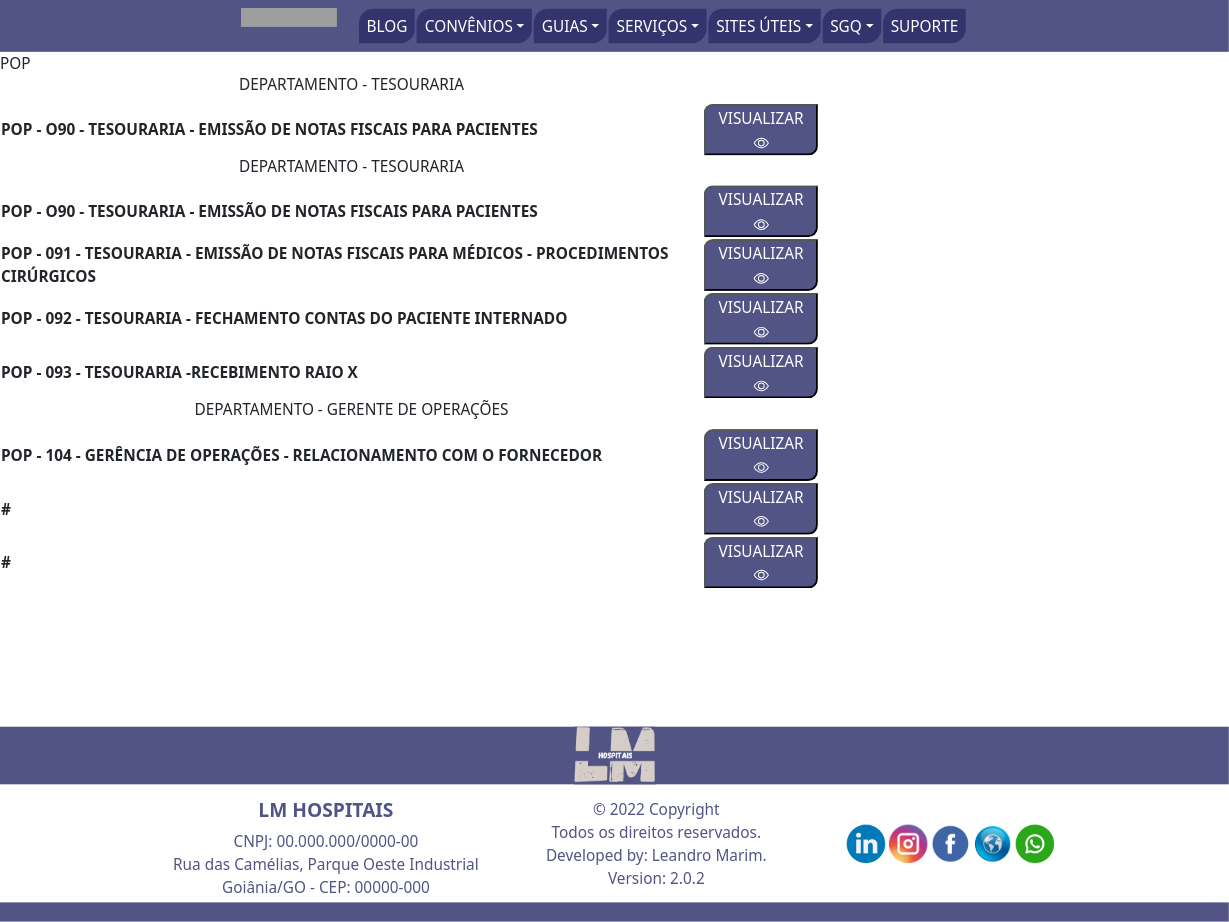
Repository: Leandromarim/INTRANET_PARTICULAR
Page: pop.html
These files come from the project's save history. The page is drawn as it stood at one moment and after the next save; the edit follows.
The browser window is 1280 px wide. The pictures show the whole page, at 96% of full size.
Pictures or frames that could not be fetched are drawn as grey boxes.

Above is the page before, as saved 2022-02-04 13:17:24.

After the next save:
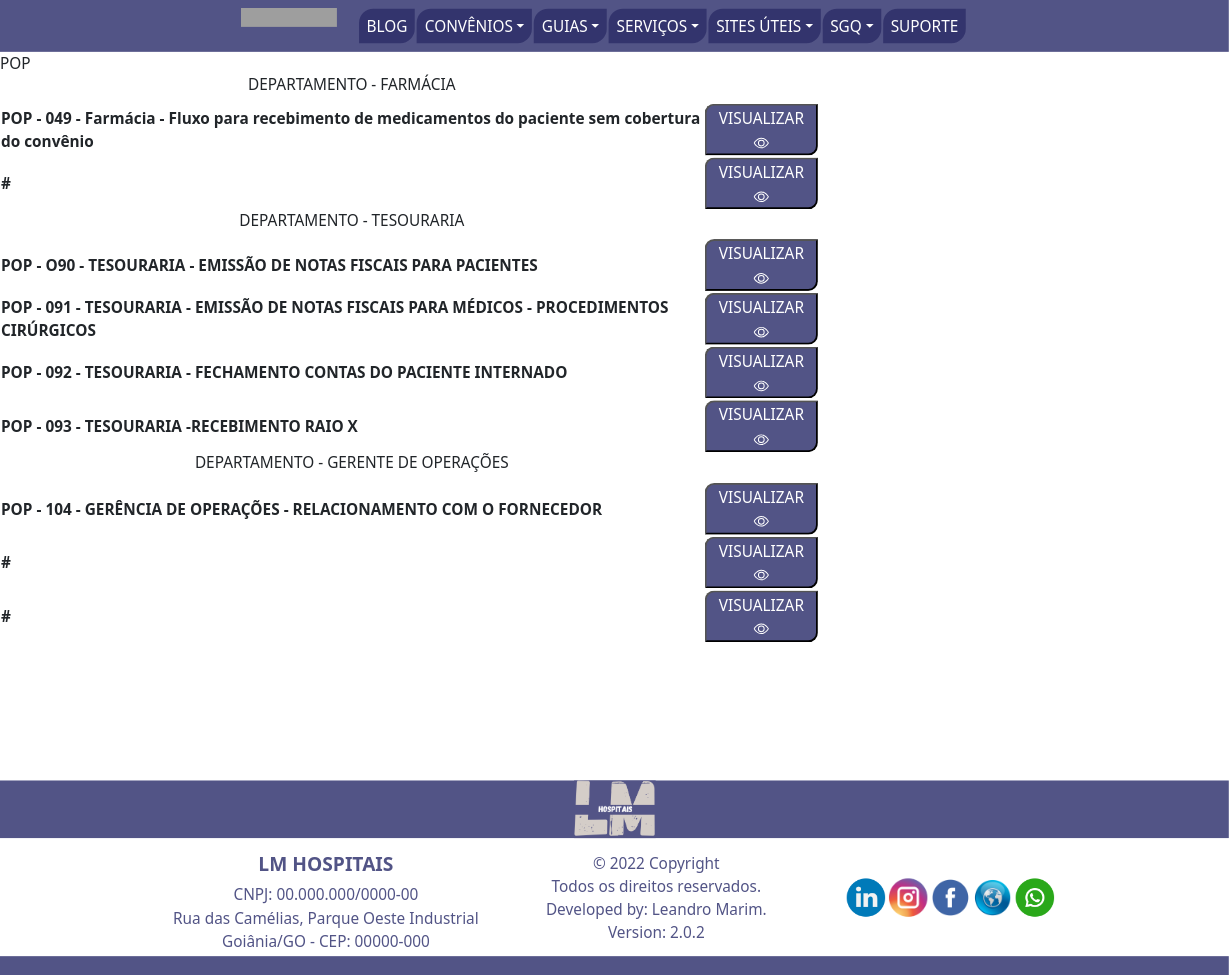
Saved 80 s later.
--- a/pop.html
+++ b/pop.html
@@ -26,13 +26,20 @@
             <table class="col-sm-6 col-lg-8">
                 <thead>
                     <th class="titulo-setor" colspan="2">
-                        <h6>DEPARTAMENTO - TESOURARIA</h6>
+                        <h6>DEPARTAMENTO - FARMÁCIA</h6>
                     </th>
                 </thead>
                 <tbody class="col-sm-6 col-lg-8">
                     <tr>
-                        <th class="titulo">POP - O90 - TESOURARIA - EMISSÃO DE NOTAS FISCAIS PARA PACIENTES</th>
-                        <td><a href="./doc/setores/pop/tesouraria/POP-O90-TESOURARIA-EMISSÃO-DE-NOTAS-FISCAIS-PARA-PACIENTES.pdf"><button type="button" class="btn-visualizar">VISUALIZAR<svg xmlns="http://www.w3.org/2000/svg" width="16" height="16" fill="currentColor" class="bi bi-eye" viewBox="0 0 16 16">
+                        <th class="titulo">POP - 049 - Farmácia - Fluxo para recebimento de medicamentos do paciente sem cobertura do convênio</th>
+                        <td><a href="./doc/setores/pop/farmacia/.pdf"><button type="button" class="btn-visualizar">VISUALIZAR<svg xmlns="http://www.w3.org/2000/svg" width="16" height="16" fill="currentColor" class="bi bi-eye" viewBox="0 0 16 16">
+                    <path d="M16 8s-3-5.5-8-5.5S0 8 0 8s3 5.5 8 5.5S16 8 16 8zM1.173 8a13.133 13.133 0 0 1 1.66-2.043C4.12 4.668 5.88 3.5 8 3.5c2.12 0 3.879 1.168 5.168 2.457A13.133 13.133 0 0 1 14.828 8c-.058.087-.122.183-.195.288-.335.48-.83 1.12-1.465 1.755C11.879 11.332 10.119 12.5 8 12.5c-2.12 0-3.879-1.168-5.168-2.457A13.134 13.134 0 0 1 1.172 8z"/>
+                    <path d="M8 5.5a2.5 2.5 0 1 0 0 5 2.5 2.5 0 0 0 0-5zM4.5 8a3.5 3.5 0 1 1 7 0 3.5 3.5 0 0 1-7 0z"/>
+                  </svg></button></a></td>
+                    </tr>
+                    <tr>
+                        <th class="titulo">#</th>
+                        <td><a href="./doc/setores/pop/farmacia/.pdf"><button type="button" class="btn-visualizar">VISUALIZAR<svg xmlns="http://www.w3.org/2000/svg" width="16" height="16" fill="currentColor" class="bi bi-eye" viewBox="0 0 16 16">
                     <path d="M16 8s-3-5.5-8-5.5S0 8 0 8s3 5.5 8 5.5S16 8 16 8zM1.173 8a13.133 13.133 0 0 1 1.66-2.043C4.12 4.668 5.88 3.5 8 3.5c2.12 0 3.879 1.168 5.168 2.457A13.133 13.133 0 0 1 14.828 8c-.058.087-.122.183-.195.288-.335.48-.83 1.12-1.465 1.755C11.879 11.332 10.119 12.5 8 12.5c-2.12 0-3.879-1.168-5.168-2.457A13.134 13.134 0 0 1 1.172 8z"/>
                     <path d="M8 5.5a2.5 2.5 0 1 0 0 5 2.5 2.5 0 0 0 0-5zM4.5 8a3.5 3.5 0 1 1 7 0 3.5 3.5 0 0 1-7 0z"/>
                   </svg></button></a></td>
